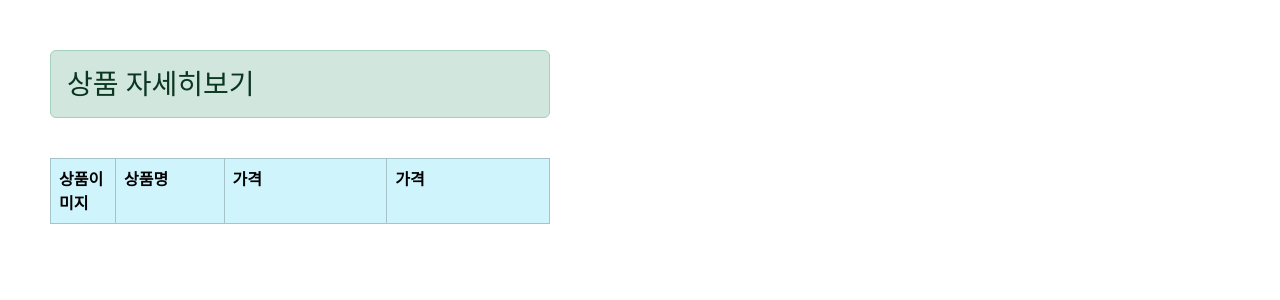
Repository: JunbroGit/SistProject
Page: http://localhost/jsaAjaxProject/quizshop/detailPage.jsp
These files come from the project's save history. The page is drawn as it stood at one moment and after the next save; the edit follows.
The browser window is 1280 px wide. The pictures show the whole page.
Some web fonts or font styles are not loaded; a fallback is used. The page is served by Tomcat 9. Other server files are loaded and not shown. Queries for data that is not in the repository find no rows.

Above is the page before, as saved 2024-03-12 07:43:56.

### jspwork/jsaAjaxProject/src/main/webapp/quizshop/detailPage.jsp
<%@page import="quizshop.model.QuizShopDto"%>
<%@page import="java.util.List"%>
<%@page import="quizshop.model.QuizShopDao"%>
<%@ page language="java" contentType="text/html; charset=UTF-8"
    pageEncoding="UTF-8"%>
<!DOCTYPE html>
<html>
<head>
<meta charset="UTF-8">
<link href="https://cdn.jsdelivr.net/npm/bootstrap@5.3.2/dist/css/bootstrap.min.css" rel="stylesheet">
<link href="https://fonts.googleapis.com/css2?family=Dongle&family=Gaegu&family=Nanum+Myeongjo&family=Nanum+Pen+Script&family=Noto+Sans+KR:wght@100..900&display=swap" rel="stylesheet">
<script src="https://code.jquery.com/jquery-3.7.0.js"></script>
<title>Insert title here</title>
</head>
<%
	QuizShopDao dao=new QuizShopDao();
	List<QuizShopDto> list=dao.getAllShops();
%>
<body>
	<!-- 이미지가 크게 나오고 옆에 설명추가
	     상품명   가격   입고일

	     맨아래 목록,수정,삭제 버튼 3개 추가 -->
<div style="margin: 50px 50px; width: 500px;">
	<h3 class="alert alert-success">상품 자세히보기</h3>
	<br>
	<table class="table table-bordered">
		<tr class="table-info">
			<th width="60">상품이미지</th>
			<th width="100">상품명</th>
			<th width="150">가격</th>
			<th width="150">가격</th>
		</tr>

		<%
			for(int i=0;i<list.size();i++){

				QuizShopDto dto=list.get(i);
				%>
				<tr>
					<td><%=i+1 %></td>
					<td><%=dto.getSang_name() %></td>
				</tr>
			<%}
		%>

	</table>
</div>
</body>
</html>

### jspwork/jsaAjaxProject/src/main/java/quizshop/model/QuizShopDao.java
package quizshop.model;

import java.sql.Connection;
import java.sql.PreparedStatement;
import java.sql.ResultSet;
import java.sql.SQLException;
import java.util.ArrayList;
import java.util.List;

import mysql.db.DbConnect;

public class QuizShopDao {

	DbConnect db=new DbConnect();

	public void insertShop(QuizShopDto dto) {

		Connection conn=db.getConnection();
		PreparedStatement pstmt=null;

		String sql="insert into quizshop values(null,?,?,?,?,now())";

		try {
			pstmt=conn.prepareStatement(sql);

			pstmt.setString(1, dto.getSang_name());
			pstmt.setString(2, dto.getPhoto());
			pstmt.setInt(3, dto.getPrice());
			pstmt.setString(4, dto.getIpgoday());

			pstmt.execute();
		} catch (SQLException e) {
			// TODO Auto-generated catch block
			e.printStackTrace();
		}finally {
			db.dbClose(pstmt, conn);
		}
	}

	public List<QuizShopDto> getAllShops(){

		List<QuizShopDto> list=new ArrayList<QuizShopDto>();

		Connection conn=db.getConnection();
		PreparedStatement pstmt=null;
		ResultSet rs=null;

		String sql="select * from quizshop order by num desc";

		try {
			pstmt=conn.prepareStatement(sql);
			rs=pstmt.executeQuery();

			while(rs.next()) {

				QuizShopDto dto=new QuizShopDto();

				dto.setNum(rs.getString("num"));
				dto.setSang_name(rs.getString("sang_name"));
				dto.setPhoto(rs.getString("photo"));
				dto.setPrice(rs.getInt("price"));
				dto.setIpgoday(rs.getString("ipgoday"));
				dto.setWriteday(rs.getTimestamp("writeday"));

				list.add(dto);
			}
		} catch (SQLException e) {
			// TODO Auto-generated catch block
			e.printStackTrace();
		}finally {
			db.dbClose(rs, pstmt, conn);
		}

		return list;
	}
}

### jspwork/jsaAjaxProject/src/main/java/mysql/db/DbConnect.java
package mysql.db;

import java.sql.Connection;
import java.sql.DriverManager;
import java.sql.PreparedStatement;
import java.sql.ResultSet;
import java.sql.SQLException;
import java.sql.Statement;

public class DbConnect {

	static final String MYSQLDRIVER="com.mysql.cj.jdbc.Driver";
	static final String MYSQL_URL="jdbc:mysql://localhost:3306/coffee";

	public DbConnect() {
		try {
			Class.forName(MYSQLDRIVER);
			System.out.println("mysql 드라이버성공");
		} catch (ClassNotFoundException e) {
			// TODO Auto-generated catch block
			//e.printStackTrace();
			System.out.println("mysql 드라이버 실패"+e.getMessage());
		}
	}


	public Connection getConnection()
	{
		Connection conn=null;

		try {
			conn=DriverManager.getConnection(MYSQL_URL, "junbro", "1234");
			System.out.println("MYSQL계정연결성공");
		} catch (SQLException e) {
			// TODO Auto-generated catch block
			e.printStackTrace();
			System.out.println("MYSQL연결실패: "+e.getMessage());
		}


		return conn;
	}

	//close 총 4개 오버로딩
	public void dbClose(ResultSet rs,Statement stmt,Connection conn)
	{

			try {
				if(rs!=null) rs.close();
				if(stmt!=null) stmt.close();
				if(conn!=null) conn.close();
			} catch (SQLException e) {
				// TODO Auto-generated catch block
				e.printStackTrace();
			}
	}

	public void dbClose(Statement stmt,Connection conn)
	{

			try {

				if(stmt!=null) stmt.close();
				if(conn!=null) conn.close();
			} catch (SQLException e) {
				// TODO Auto-generated catch block
				e.printStackTrace();
			}
	}

	public void dbClose(ResultSet rs,PreparedStatement pstmt,Connection conn)
	{

			try {
				if(rs!=null) rs.close();
				if(pstmt!=null) pstmt.close();
				if(conn!=null) conn.close();
			} catch (SQLException e) {
				// TODO Auto-generated catch block
				e.printStackTrace();
			}
	}

	public void dbClose(PreparedStatement pstmt,Connection conn)
	{

			try {

				if(pstmt!=null) pstmt.close();
				if(conn!=null) conn.close();
			} catch (SQLException e) {
				// TODO Auto-generated catch block
				e.printStackTrace();
			}
	}


}

After the next save:
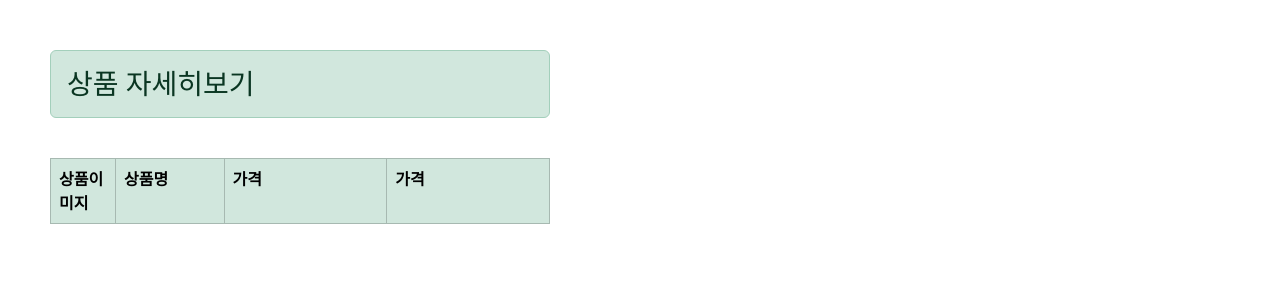
Saved 25 s later.
--- a/jspwork/jsaAjaxProject/src/main/webapp/quizshop/detailPage.jsp
+++ b/jspwork/jsaAjaxProject/src/main/webapp/quizshop/detailPage.jsp
@@ -25,7 +25,7 @@
 	<h3 class="alert alert-success">상품 자세히보기</h3>
 	<br>
 	<table class="table table-bordered">
-		<tr class="table-info">
+		<tr class="table-success">
 			<th width="60">상품이미지</th>
 			<th width="100">상품명</th>
 			<th width="150">가격</th>
